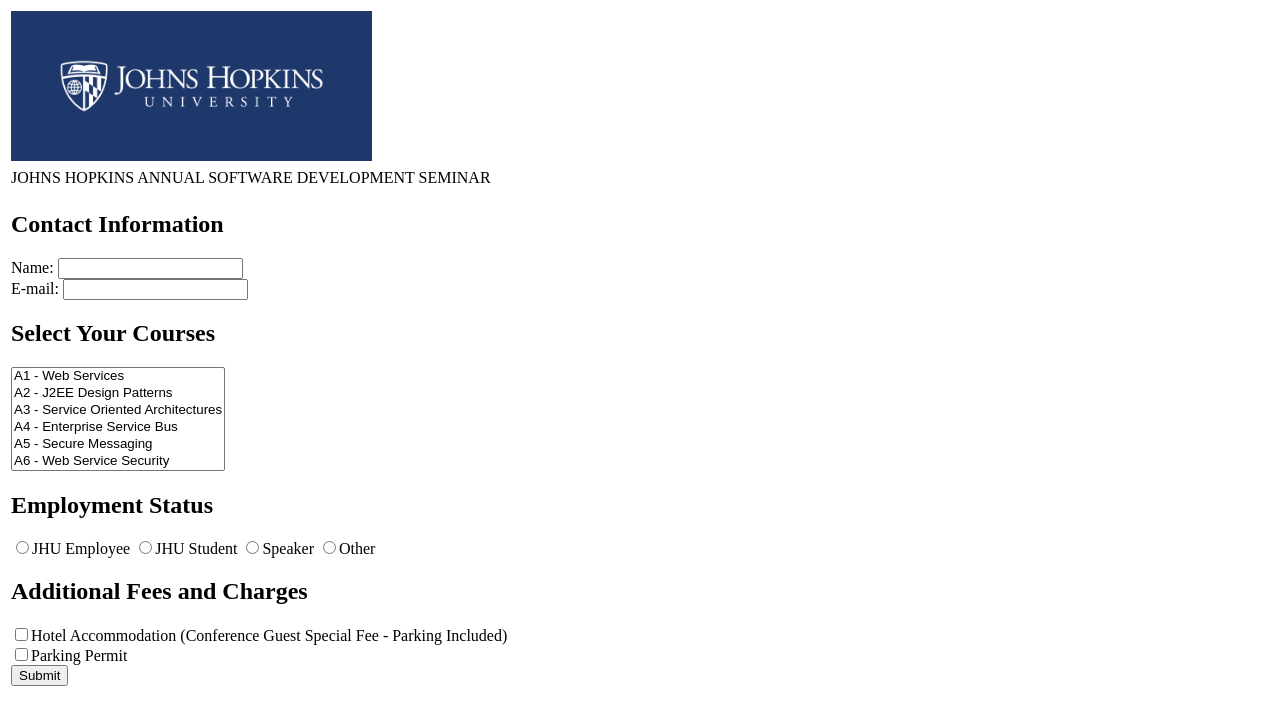
Repository: justinjwk/eclipse-workspace
Page: Homework2/WebContent/index.html
An editor plug-in stored every save of this project. The page is shown before and after the next save, followed by the edit.
The browser window is 1280 px wide. The pictures show the whole page.

Above is the page before, as saved 2019-06-12 02:42:25.

### Homework2/WebContent/index.html
<!DOCTYPE html>
<html>
<head>
<meta charset="UTF-8">
<title>JHU Annual Software Development Seminar</title>
</head>
<body>

	<table>
		<tr>
			<td><img src="jhu_logo.png" height=150></td>
		</tr>
		<tr>
			<td>JOHNS HOPKINS ANNUAL SOFTWARE DEVELOPMENT SEMINAR</td>
		</tr>
		<tr>
			<td>
				<form>
					<section>
						<h1>Contact Information</h1>
						Name: <input type="name" name="name" required><br>
						E-mail: <input type="email" name="email" required><br>
					</section>

					<section>
						<h1>Select Your Courses</h1>
						<select name="course" size="6" multiple required>
							<option value="A1">A1 - Web Services</option>
							<option value="A2">A2 - J2EE Design Patterns</option>
							<option value="A3">A3 - Service Oriented Architectures</option>
							<option value="A4">A4 - Enterprise Service Bus</option>
							<option value="A5">A5 - Secure Messaging</option>
							<option value="A6">A6 - Web Service Security</option>
						</select>
					</section>

					<section>
						<h1>Employment Status</h1>
						<input type="radio" name="employmentstatus" value="employee"
							required>JHU Employee <input type="radio"
							name="employmentstatus" value="student">JHU Student <input
							type="radio" name="employmentstatus" value="speaker">Speaker
						<input type="radio" name="employmentstatus" value="ohter">Other
					</section>

					<section>
						<h1>Additional Fees and Charges</h1>
						<input type="checkbox" name="hotel">Hotel Accommodation
						(Conference Guest Special Fee - Parking Included)<br> <input
							type="checkbox" name="parking">Parking Permit
					</section>

					<input type="submit" value="Submit"> <input type="hidden"
						name="action" value="register">
				</form>
</body>
</td>
</tr>

</table>

</html>

After the next save:
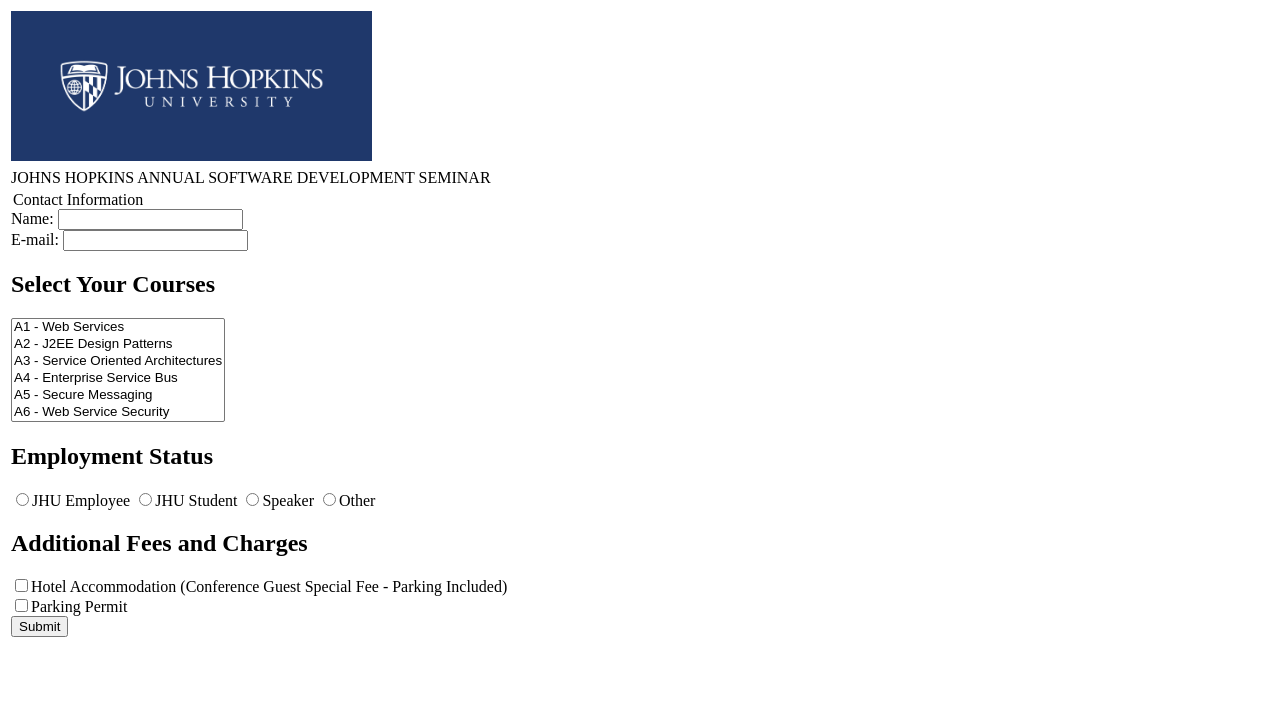
Saved 36 s later.
--- a/Homework2/WebContent/index.html
+++ b/Homework2/WebContent/index.html
@@ -17,7 +17,7 @@
 			<td>
 				<form>
 					<section>
-						<h1>Contact Information</h1>
+						<legend>Contact Information</legend>
 						Name: <input type="name" name="name" required><br>
 						E-mail: <input type="email" name="email" required><br>
 					</section>
